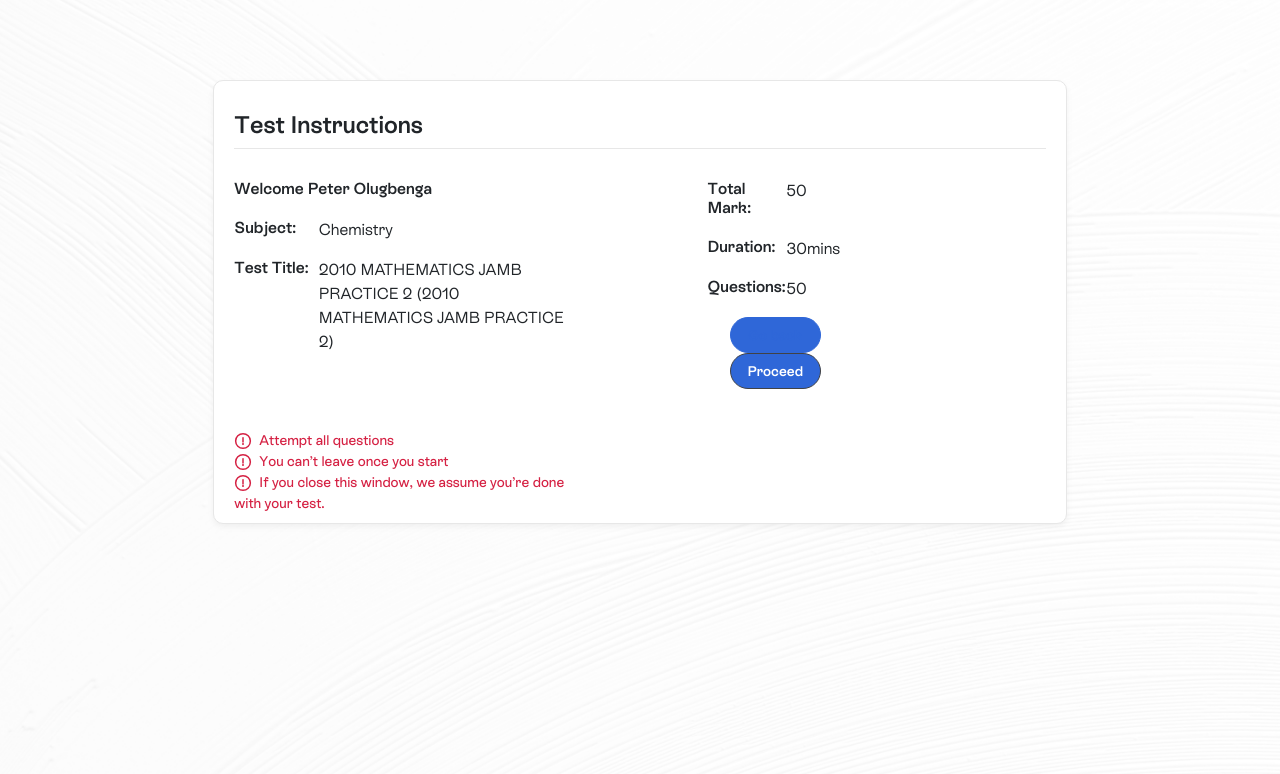
Repository: sarahnnanyelugo/educare-cbt
Page: /test-instructions
An editor plug-in stored every save of this project. The page is shown before and after the next save, followed by the edit.
The browser window is 1280 px wide. The pictures show the whole page.
The project was rebuilt for these pictures with package versions that can differ from the ones it lists, and the page was loaded fresh each time. Also part of the build but not shown: src/components/Form/Form.js, src/pages/AuthenticationPage/auth.scss, src/pages/AuthenticationPage/AuthenticationPage.js, src/components/Exams/exams.scss, src/components/TestModal/test-modal.scss, src/components/TestModal/TestModal.js, src/components/Exams/Exams.js, src/TestData/examsData.js and 3 more. Imported but missing from the stored project, and not drawn on this page: src/components/Form/Password, src/components/GoogleButton/GoogleButton.

Above is the page before, as saved 2023-11-05 03:42:02.

After the next save:
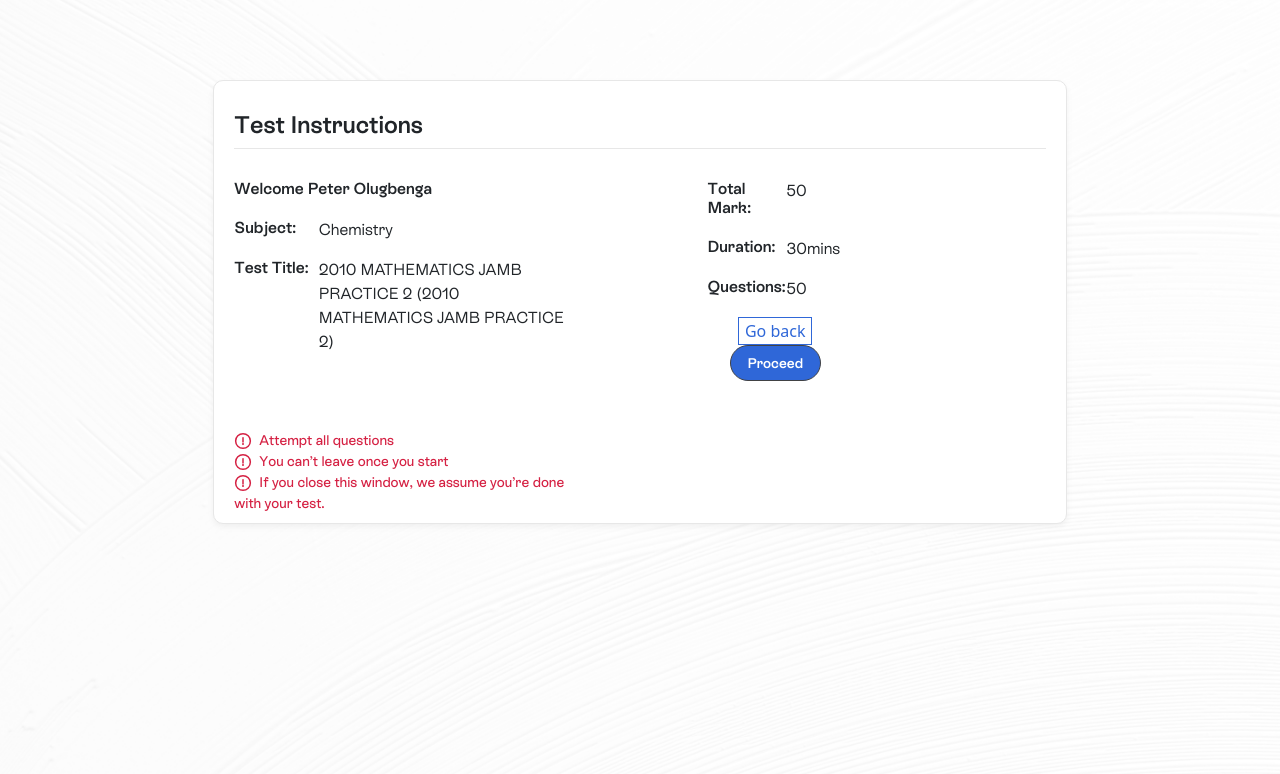
Saved 18 s later.
--- a/src/pages/TestInstructions/test-instructions.scss
+++ b/src/pages/TestInstructions/test-instructions.scss
@@ -31,7 +31,6 @@
         @include main-btn;
       }
       .back-btn {
-        @include main-btn;
         border: 1px solid #2f67d8;
         color: #2f67d8;
         background: #fff;
